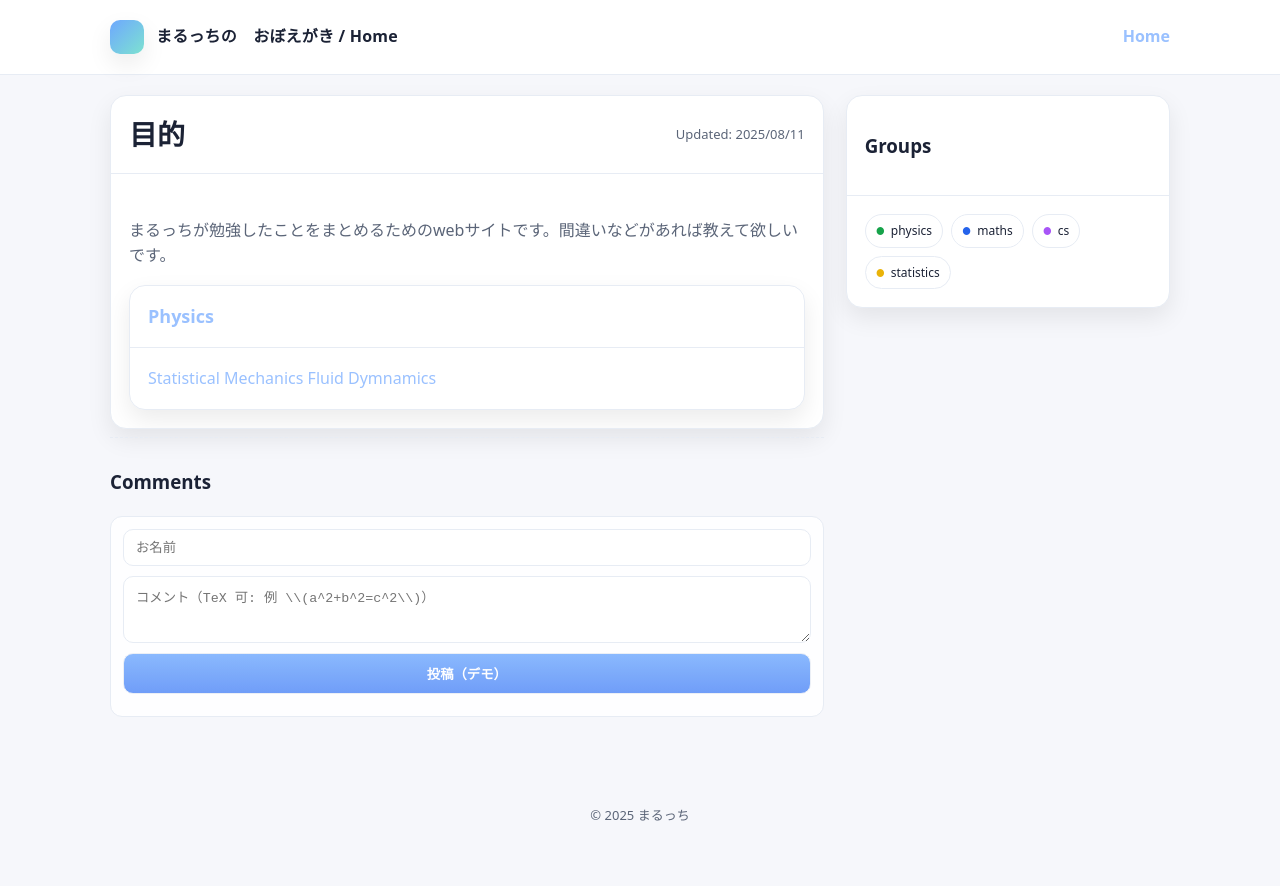
Repository: Riki-Mochimaru/tureduretunedune
Page: index.html
The author's editor kept a copy of each file at every save. The page is drawn from the files as they stood at one save, then again after the next save.
The browser window is 1280 px wide. The pictures show the whole page.

Above is the page before, as saved 2025-08-11 23:48:03.

After the next save:
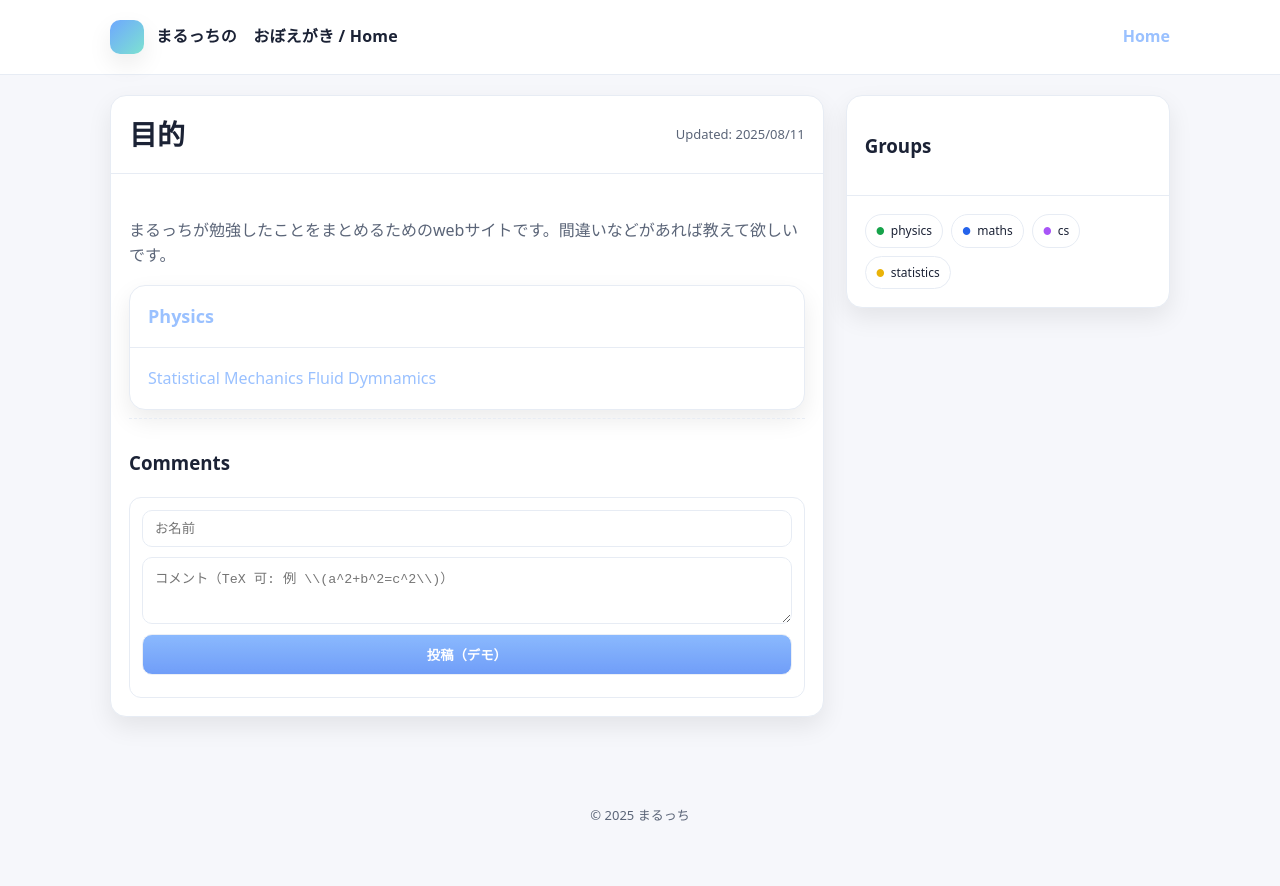
Saved 5 s later.
--- a/index.html
+++ b/index.html
@@ -42,9 +42,6 @@
                 <a href="physics/FluidDynamics/">Fluid Dymnamics</a>
             </article>
 
-
-              </div>
-            </article>
 
             <section class="comments">
               <h3>Comments</h3>
